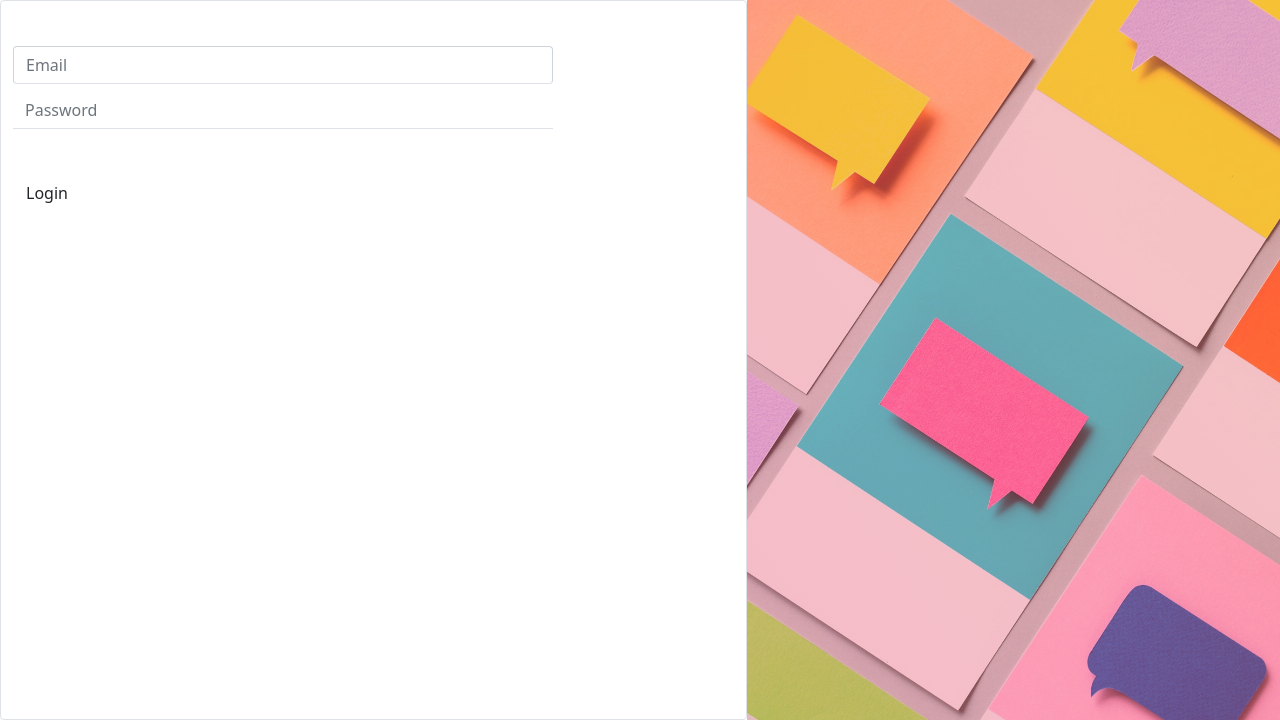
Repository: SaudCh/React-login
Page: /login
The author's editor kept a copy of each file at every save. The page is drawn from the files as they stood at one save, then again after the next save.
The browser window is 1280 px wide. The pictures show the whole page.
The project was rebuilt for these pictures with package versions that can differ from the ones it lists, and the page was loaded fresh each time. Also part of the build but not shown: src/Components/Register/RegsiterCss.js, src/Components/Register/RegisterValidation.js, src/Components/Register/Register.jsx, src/Components/Home/Home.jsx.

Above is the page before, as saved 2022-02-06 12:10:35.

### src/App.js
import Login from './Components/Login/Login';
import Register from './Components/Register/Register'
import '../node_modules/bootstrap/dist/css/bootstrap.min.css'
import { Routes, Route } from 'react-router-dom'
import Home from './Components/Home/Home';

function App() {
  return (
    <Routes>
      <Route path="login" element={<Login />} />
      <Route path="register" element={<Register />} />
      <Route path="/" element={<Home />} />
      <Route path="*" element={<Register />} />
    </Routes >
  );
}

export default App;

### src/Components/Login/Login.jsx
import React, { useState } from "react";
import "./Login.css";
import { formStyle } from "./logincss";
import axios from "axios";
import { loginValidation } from "./loginValidation";

export default function Login() {
  const [email, setEmail] = useState();
  const [password, setPassword] = useState();
  const [error, setError] = useState("");

  const formSubmit = (e) => {
    setError("");
    e.preventDefault();
    const data = {
      email: email,
      password: password,
    };

    const errors = loginValidation(data);

    if (Object.keys(errors).length !== 0) {
      setError(errors);
      return;
    }

    axios
      .post("http://localhost:5000/api/user/login", data)
      .then(function (response) {
        console.log(response);
      })
      .catch(function (error) {
        let err;
        if (error.response) {
          err = error.response.data.message;
        } else if (error.request) {
          err = error.toJSON().message;
        } else {
          err = error.message;
        }
        setError({ api: err });
      });
  };

  return (
    <div>
      <div className="container-fluid">
        <div className="row">
          <div className="col-10 col-md-7 border rounded">
            <form onSubmit={formSubmit} className="col-9">
              {error.api && <p className="text-danger p-0 m-0">{error.api}</p>}
              <div className="my-2">
                <h4 className="text-white">Login </h4>
              </div>
              <div className="form-group my-2">
                <input
                  //style={formStyle}
                  value={email}
                  onChange={(email) => setEmail(email.target.value)}
                  type="email"
                  class="form-control border-bottom"
                  id="email"
                  placeholder="Email"
                />
                {error.email && (
                  <p className="text-danger p-0 m-0">{error.email}</p>
                )}
              </div>
              <div className="form-group my-2">
                <input
                  style={formStyle}
                  value={password}
                  onChange={(password) => setPassword(password.target.value)}
                  type="password"
                  class="form-control border-bottom"
                  id="password"
                  placeholder="Password"
                />
                {error.password && (
                  <p className="text-danger p-0 m-0">{error.password}</p>
                )}
              </div>
              <div className="my-2">
                <div>
                  <p className="text-white" style={{ fontSize: "0.9rem" }}>
                    New to Website <span>Register</span>
                  </p>
                </div>
                <button className="btn" style={{ backgroundColor: "white" }}>
                  Login
                </button>
              </div>
            </form>
          </div>
          <div className="col-md-5 login-background-image "></div>
        </div>
      </div>
    </div>
  );
}

### src/Components/Login/Login.css
:root {
  --primary: rgba(254, 113, 145, 0.4);
  --secondary: rgba(255, 133, 133, 0.4);
}
.login-background-image {
  height: 100vh;
  width: 100vw;

  background: linear-gradient(to top right, var(--primary), var(--secondary)),
    url("../Images/back.jpg") no-repeat center center / cover;
}

input:hover,
input:active,
input:focus,
input:-webkit-autofill {
  outline: 0px !important;
  -webkit-appearance: none;
  box-shadow: none !important;
}
input:-webkit-autofill,
input:-webkit-autofill:focus {
  transition: background-color 600000s 0s, color 600000s 0s;
}

### src/Components/Login/logincss.js
export const formStyle = {
    backgroundColor: "transparent",
    color: "white",
    border: "none",
    borderRadius: 0,
};

### src/Components/Login/loginValidation.js
export const loginValidation = (data) => {
    let errors = {};

    if (!data.email) {
        errors.email = "Email Is Required."
    }
    else if (!/\S+@\S+\.\S+/.test(data.email)) {
        errors.email = "Invalid Email"
    }
    if (!data.password) {
        errors.password = "Password is required."
    }
    else if (data.password.length < 6) {
        errors.password = "Password Must be more than Six Characters"
    }
    return errors;

}

### src/Components/Register/Register.css
.background-image {
  background-image: linear-gradient(rgba(0, 0, 0, 0.2), rgba(0, 0, 0, 0.2)),
    url("../Images/back.jpg");
  background-position: center;
  background-repeat: no-repeat;
  background-size: cover;

  height: 100vh;
  justify-content: center;
  align-items: center;

  position: relative;
  z-index: 1;
}
.background-image::before {
  content: "";
  position: absolute;
  background: inherit;
  top: 0;
  bottom: 0;
  left: 0;
  right: 0;
  filter: blur(1px);
  z-index: -1;
}

.background-text {
  padding: 20px 0px;
  display: flex;
  justify-content: center;
  align-items: center;

  box-shadow: 0 0 1rem 0 rgba(0, 0, 0, 0.2);
  position: relative;
  background: inherit;
  z-index: 1;
}
.background-text::before {
  content: "";
  position: absolute;
  background: inherit;
  top: 0;
  bottom: 0;
  left: 0;
  right: 0;
  box-shadow: inset 0 0 2000px rgba(255, 255, 255, 0.3);
  /* filter: blur(1px); */
  z-index: -1;
}

input:hover,
input:active,
input:focus,
input:-webkit-autofill {
  outline: 0px !important;
  -webkit-appearance: none;
  box-shadow: none !important;
}
input:-webkit-autofill,
input:-webkit-autofill:focus {
  transition: background-color 600000s 0s, color 600000s 0s;
}

Loaded but not shown: public/index.html (common file); src/index.js (common file); src/index.css (common file); src/reportWebVitals.js (common file)

After the next save:
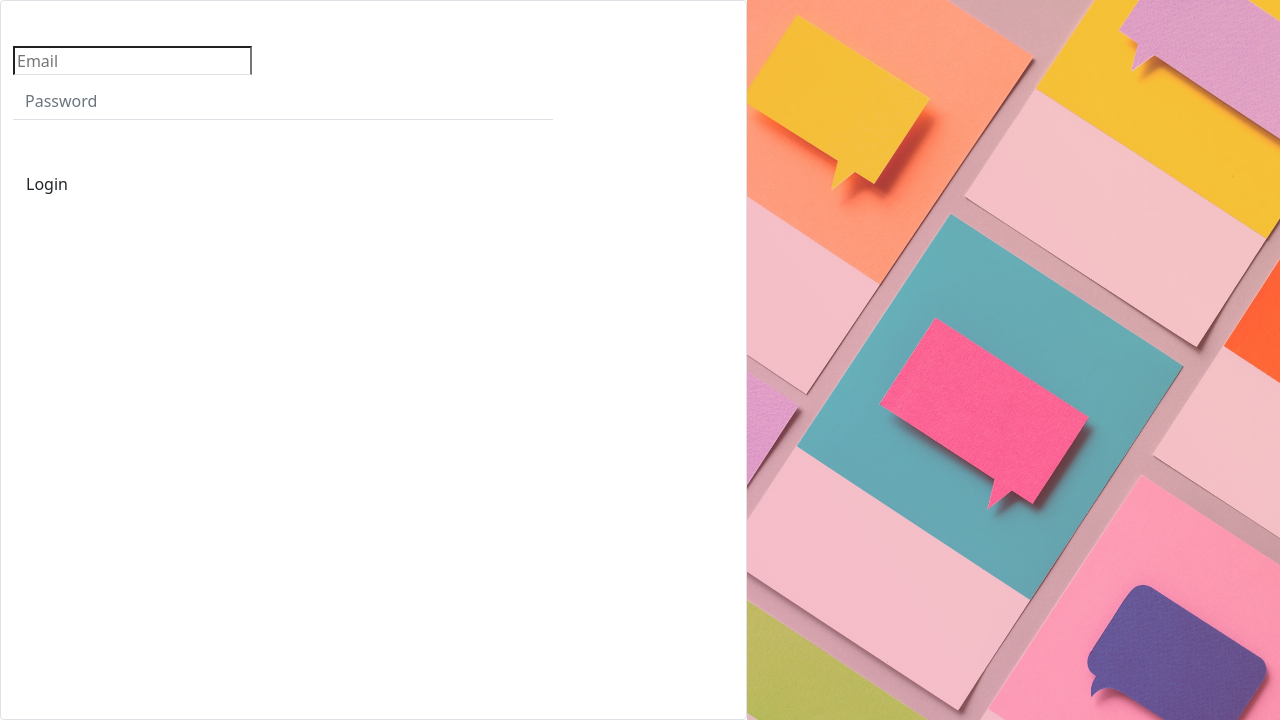
Saved 9 s later.
--- a/src/Components/Login/Login.jsx
+++ b/src/Components/Login/Login.jsx
@@ -58,7 +58,7 @@ export default function Login() {
                   value={email}
                   onChange={(email) => setEmail(email.target.value)}
                   type="email"
-                  class="form-control border-bottom"
+                  class="border-bottom"
                   id="email"
                   placeholder="Email"
                 />
